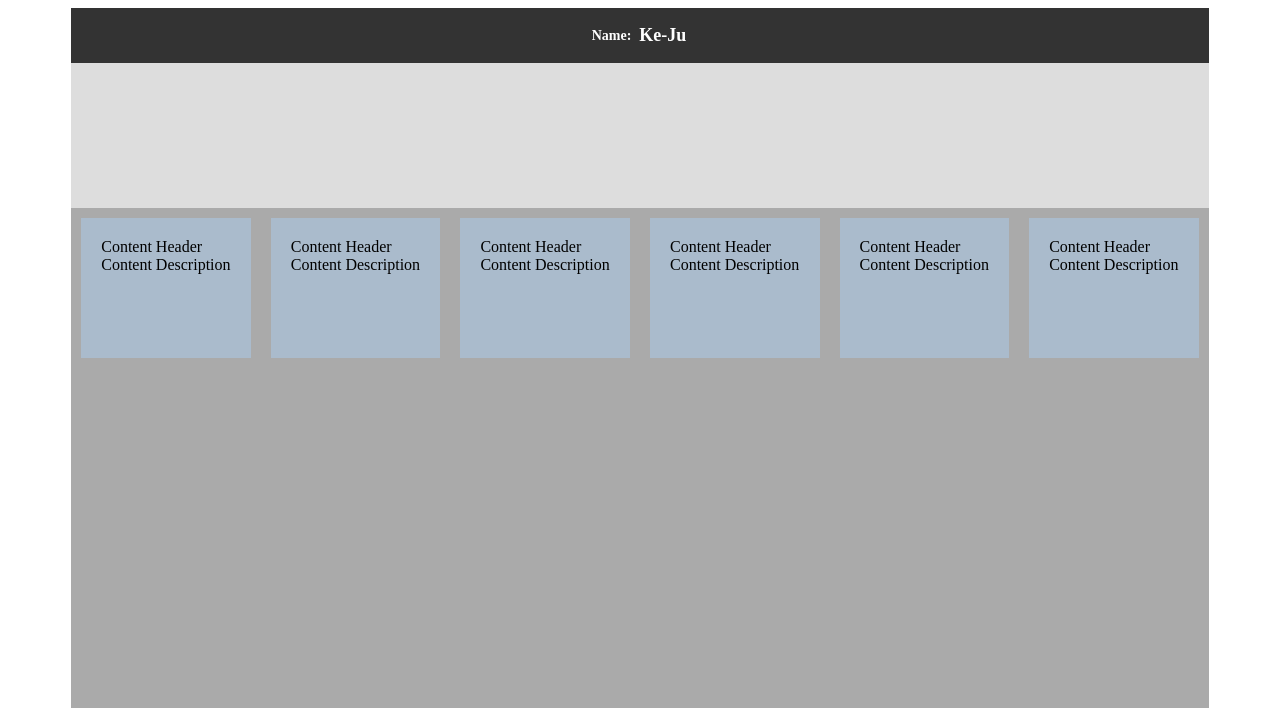
Repository: kerudai/mdiat3126nextapp
Page: /
These files come from the project's save history. The page is drawn as it stood at one moment and after the next save; the edit follows.
The browser window is 1280 px wide. The pictures show the whole page.
The project was rebuilt for these pictures with package versions that can differ from the ones it lists, and the page was loaded fresh each time. The framework's server and built-in components were replaced by stand-ins that run in the browser.

Above is the page before, as saved 2020-09-29 16:21:39.

After the next save:
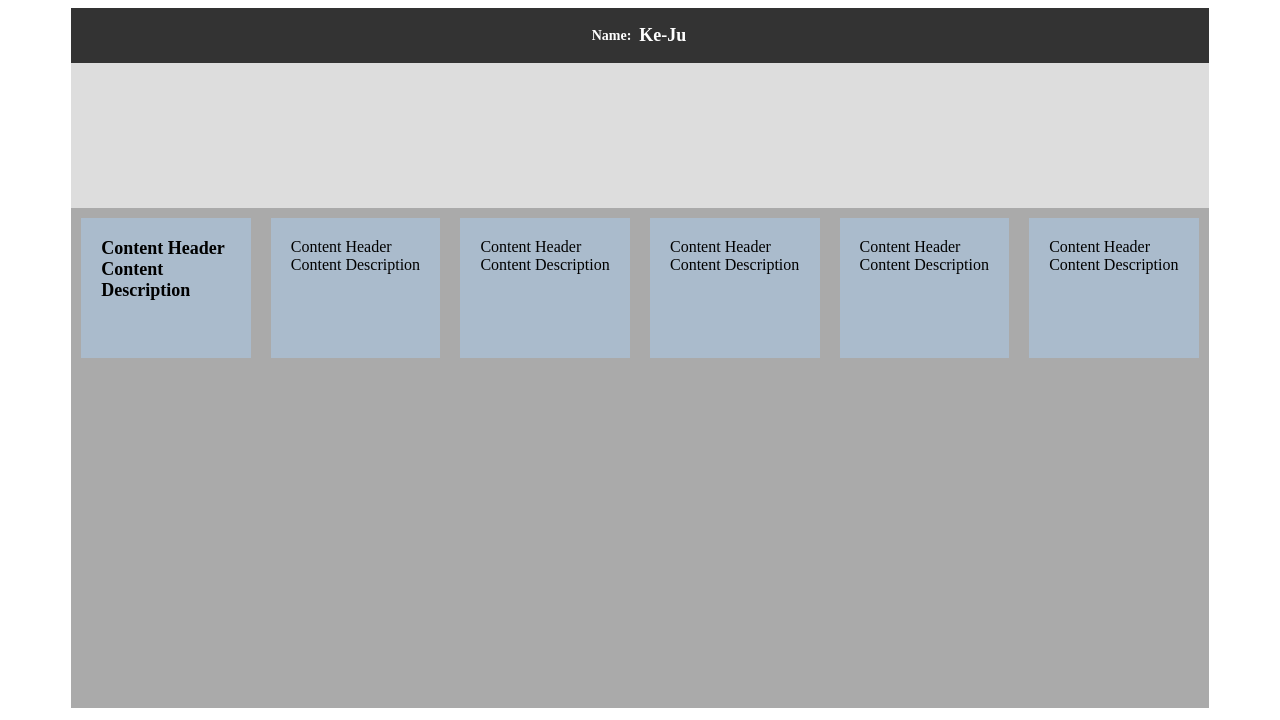
Saved 95 s later.
--- a/pages/index.scss
+++ b/pages/index.scss
@@ -20,5 +20,10 @@
             margin: 10px;
             padding: 20px;
         }
+            & > div:first-child {
+                //header
+                font-size: 18px;
+                font-weight: bold;
+            }
     }
 }
